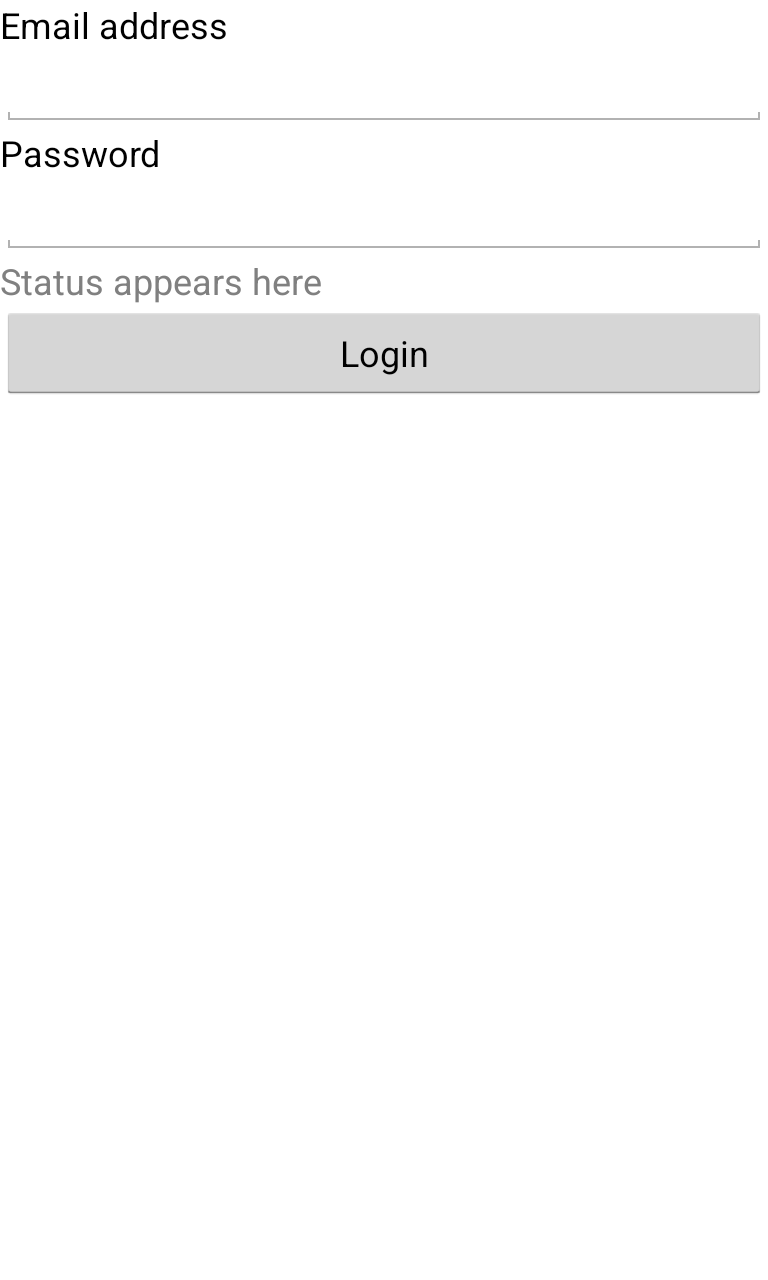
Repository: Binosha/volunteer
Layout: volunteer/res/layout/activity_login.xml
An editor plug-in stored every save of this project. The layout is shown before and after the next save, followed by the edit.
It is drawn on a 768 x 1280 px phone screen (xhdpi) without system bars, with theme AppTheme; the app's code is not run.

Above is the layout before, as saved 2014-05-08 17:10:17.

### volunteer/res/layout/activity_login.xml
<TableLayout xmlns:android="http://schemas.android.com/apk/res/android"
    android:layout_width="fill_parent"
    android:layout_height="fill_parent" >

    <TextView
        android:id="@+id/tvEmail"
        android:layout_width="wrap_content"
        android:layout_height="wrap_content"
        android:text="@string/email"
        android:textAppearance="?android:attr/textAppearanceMedium" />

    <EditText
        android:id="@+id/etEmail"
        android:layout_width="wrap_content"
        android:layout_height="wrap_content"
        android:ems="10"
        android:inputType="textEmailAddress" />

    <TextView
        android:id="@+id/textView3"
        android:layout_width="wrap_content"
        android:layout_height="wrap_content"
        android:text="@string/password"
        android:textAppearance="?android:attr/textAppearanceMedium" />

    <EditText
        android:id="@+id/etPassword"
        android:layout_width="wrap_content"
        android:layout_height="wrap_content"
        android:ems="10"
        android:inputType="textPassword"
         />

    <TextView
        android:id="@+id/tvStatus"
        android:layout_width="wrap_content"
        android:layout_height="wrap_content"
        android:hint="Status appears here"
        android:textAppearance="?android:attr/textAppearanceMedium" />

    <Button
        android:id="@+id/btSubmit"
        android:layout_width="wrap_content"
        android:layout_height="wrap_content"
        android:text="@string/btlogin" />

</TableLayout>

### volunteer/res/values/strings.xml
<?xml version="1.0" encoding="utf-8"?>
<resources>

    <string name="app_name">volunteer</string>
    <string name="action_settings">Settings</string>
    <string name="hello_world">Hello world!</string>

    <string name="title_activity_register">RegisterActivity</string>
    <string name="Username">Useraname</string>
    <string name="UserName">User Name</string>
    <string name="email">Email address</string>
    <string name="password">Password</string>
    <string name="rePassword">Retype Password</string>
    <string name="submit">Submit</string>
    <string name="title_activity_login">LoginActivity</string>
    <string name="login">login</string>
    <string name="btlogin">Login</string>


    <string-array name="planets_array">
        <item>Mercury</item>
        <item>Venus</item>
        <item>Earth</item>
        <item>Mars</item>
        <item>Jupiter</item>
        <item>Saturn</item>
        <item>Uranus</item>
        <item>Neptune</item>
    </string-array>
    <string name="drawer_open">Open navigation drawer</string>
    <string name="drawer_close">Close navigation drawer</string>
    <string name="action_websearch">Web search</string>
    <string name="app_not_available">Sorry, there\'s no web browser available</string>

</resources>

Loaded but not shown: volunteer/res/values/styles.xml (common file); volunteer/res/values-v11/styles.xml (common file); volunteer/res/values-v14/styles.xml (common file)

After the next save:
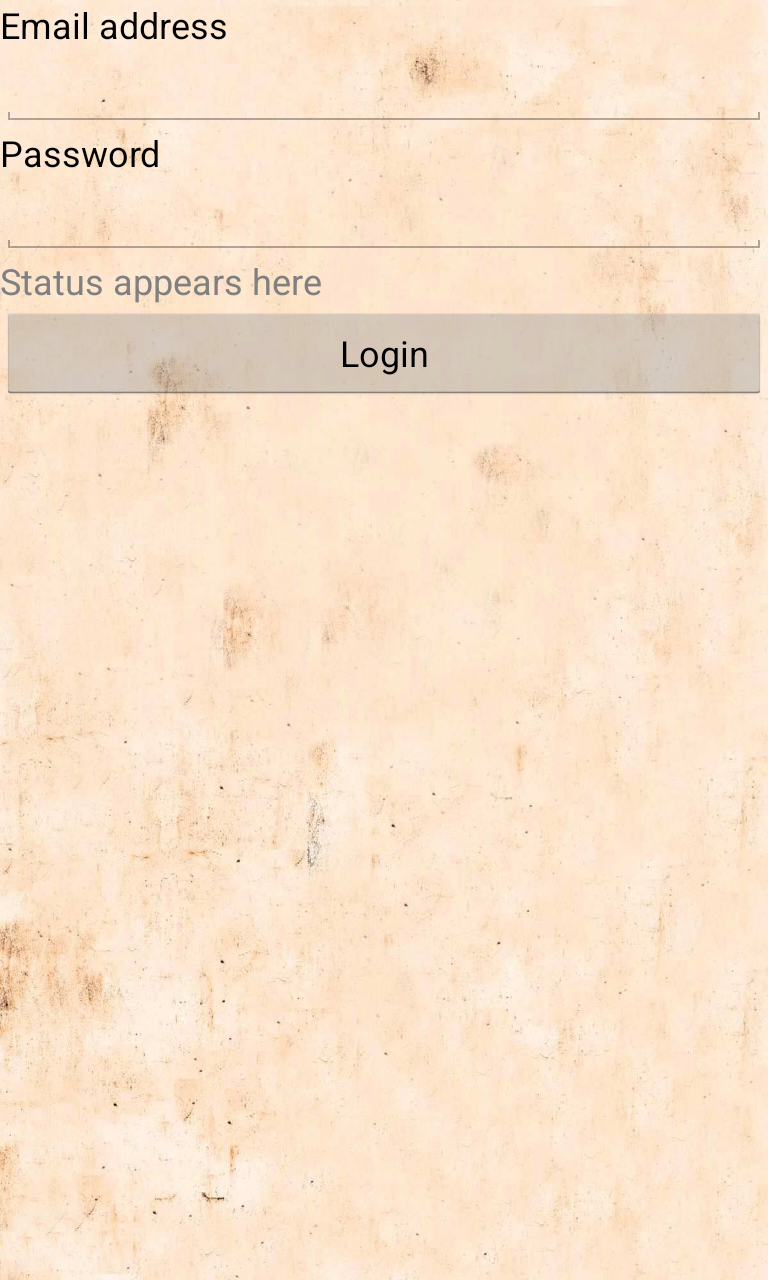
Saved 4 min 22 s later.
--- a/volunteer/res/layout/activity_login.xml
+++ b/volunteer/res/layout/activity_login.xml
@@ -1,6 +1,7 @@
 <TableLayout xmlns:android="http://schemas.android.com/apk/res/android"
     android:layout_width="fill_parent"
-    android:layout_height="fill_parent" >
+    android:layout_height="fill_parent"
+    android:background="@drawable/bc1" >
 
     <TextView
         android:id="@+id/tvEmail"
